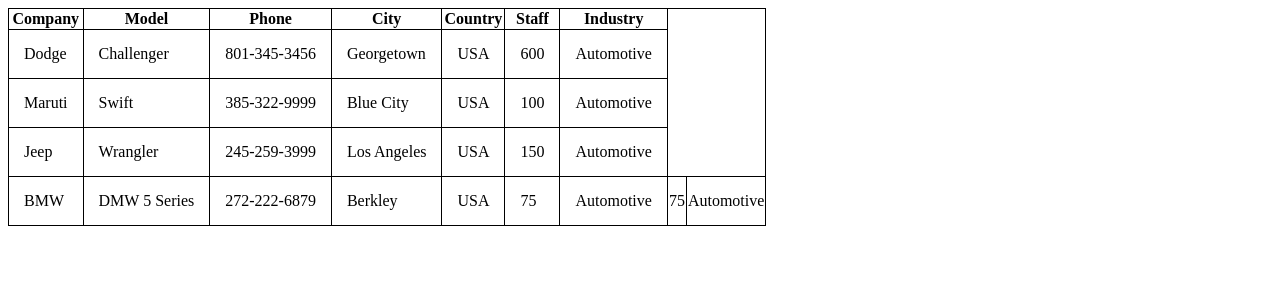
Repository: vgoins-RA2022/HTML-2
Page: index.html
These files come from the project's save history. The page is drawn as it stood at one moment and after a run of saves; the edit follows.
The browser window is 1280 px wide. The pictures show the whole page.

Above is the page before, as saved 2023-01-21 22:32:43.

### index.html
<!DOCTYPE html>
<html lang="en">

<head>
  <meta charset="UTF-8">
  <meta name="viewport" content="width=device-width, initial-scale=1">
  <link rel="stylesheet" href="../HTML-2/src/css/Style.css" type="text/css">
  <title>HTML Table Assignment 2</title>
</head>

<body>
  <!-- Build Table -->
  <table>
    <thead>
      <tr>
        <!-- Name colomn headings -->
        <th>Company</th>
        <th>Model</th>
        <th>Phone</th>
        <th>City</th>
        <th>Country</th>
        <th>Staff</th>
        <th>Industry</th>
      </tr>
    </thead>
    <tbody>
      <tr>
        <!--Beginning table data  -->
        <td class="table-cell-padding">Dodge</td>
        <td class="table-cell-padding">Challenger</td>
        <td class="table-cell-padding">801-345-3456</td>
        <td class="table-cell-padding">Georgetown</td>
        <td class="table-cell-padding">USA</td>
        <td class="table-cell-padding">600</td>
        <td class="table-cell-padding">Automotive</td>
      </tr>
       <tr>
        <td class="table-cell-padding">Maruti</td>
        <td class="table-cell-padding">Swift</td>
        <td class="table-cell-padding">385-322-9999</td>
        <td class="table-cell-padding">Blue City</td>
        <td class="table-cell-padding">USA</td>
        <td class="table-cell-padding">100</td>
        <td class="table-cell-padding">Automotive</td>

      </tr>
      <tr>
        <td class="table-cell-padding">Jeep</td>
        <td class="table-cell-padding">Wrangler</td>
        <td class="table-cell-padding">245-259-3999</td>
        <td class="table-cell-padding">Los Angeles</td>
        <td class="table-cell-padding">USA</td>
        <td class="table-cell-padding">150</td>
        <td class="table-cell-padding">Automotive</td>
      </tr>
      <tr>
        <td class="table-cell-padding">BMW</td>
        <td class="table-cell-padding">DMW 5 Series</td>
        <td class="table-cell-padding">272-222-6879</td>
        <td class="table-cell-padding">Berkley</td>
        <td class="table-cell-padding">USA</td>
        <td class="table-cell-padding">75</td>
        <td class="table-cell-padding">Automotive</td>
                <td>75</td>
        <td>Automotive</td>
      </tr>
    </tbody>
    <!-- Ending table data -->
  </table>

 </body>

</html>

### src/css/Style.css

table, th, td {
  border: 1px solid black;
  border-collapse: collapse;
}

  .table-cell-padding {
    padding: 15px;
  }

After the next 4 saves:
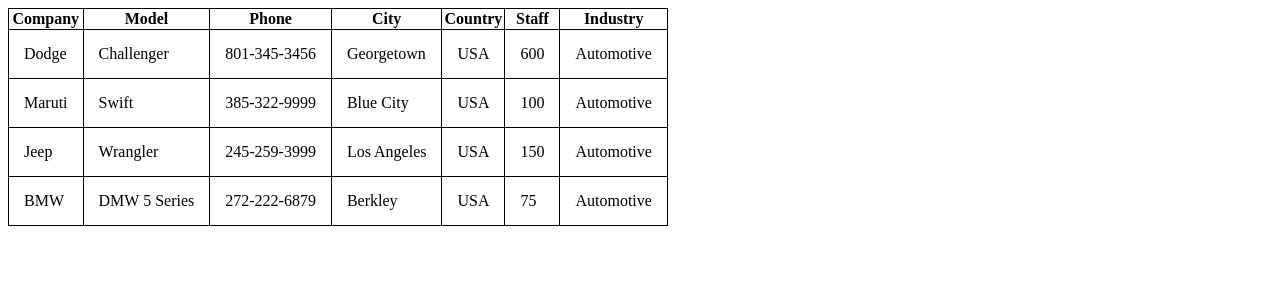
The 4 saves are shown as one change because they came seconds apart.
The last was saved 14 s later.
--- a/index.html
+++ b/index.html
@@ -61,8 +61,6 @@
         <td class="table-cell-padding">USA</td>
         <td class="table-cell-padding">75</td>
         <td class="table-cell-padding">Automotive</td>
-                <td>75</td>
-        <td>Automotive</td>
       </tr>
     </tbody>
     <!-- Ending table data -->
